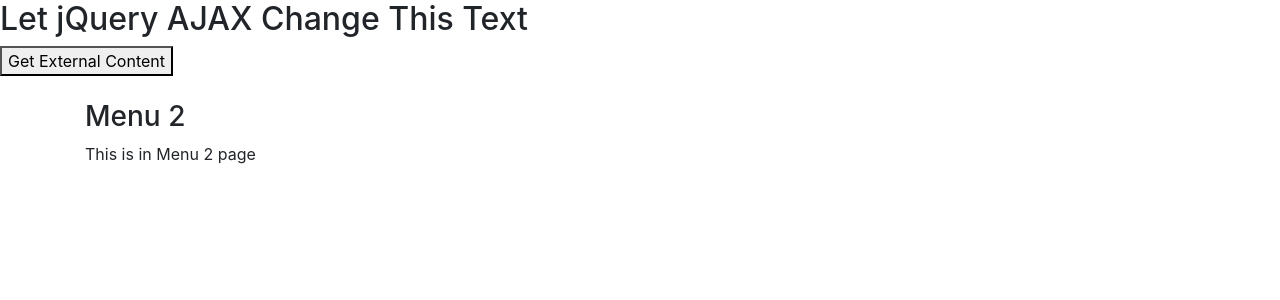
Repository: mindcafe/LiveDataDisplayFrontend
Page: LatestWorkspace/AlMark/WebContent/index2.html
An editor plug-in stored every save of this project. The page is shown before and after the next save, followed by the edit.
The browser window is 1280 px wide. The pictures show the whole page.

Above is the page before, as saved 2018-07-01 00:08:28.

### LatestWorkspace/AlMark/WebContent/index2.html
<!DOCTYPE html PUBLIC "-//W3C//DTD HTML 4.01 Transitional//EN" "http://www.w3.org/TR/html4/loose.dtd">
<html>
<head>
<meta http-equiv="Content-Type" content="text/html; charset=ISO-8859-1">
<title>ALMark</title>
<meta name="viewport" content="width=device-width, initial-scale=1">
  <link rel="stylesheet" href="libraries/bootstrap.min.css">
<!--   <script src="libraries/jquery-3.3.1.min.js"></script>
 -->
 <script src="https://ajax.googleapis.com/ajax/libs/jquery/3.3.1/jquery.min.js"></script>
   <script src="libraries/jquery-3.3.1.min.map"></script>
  <script src="libraries/bootstrap.bundle.min.js"></script>

  <script>
$(document).ready(function(){
    $("button").click(function(){
        $.ajax({url: 'xml/witsmlData_1sec.xml',
        	dataType: 'xml', success: function(result){
           	console.log('1');
        	$("#div1").html(result);

        }});
    });
});
</script>

 </head>
<body>

<div id="div1"><h2>Let jQuery AJAX Change This Text</h2></div>

<button>Get External Content</button>

     </div>

    <div id="menu2" class="container tab-pane "><br>
      <h3>Menu 2</h3>
      <p>This is in Menu 2 page</p>
    </div>
  </div>
</div>
</body>
</html>

Loaded but not shown: LatestWorkspace/AlMark/WebContent/libraries/bootstrap.min.css (library); LatestWorkspace/AlMark/WebContent/libraries/bootstrap.bundle.min.js (library)

After the next save:
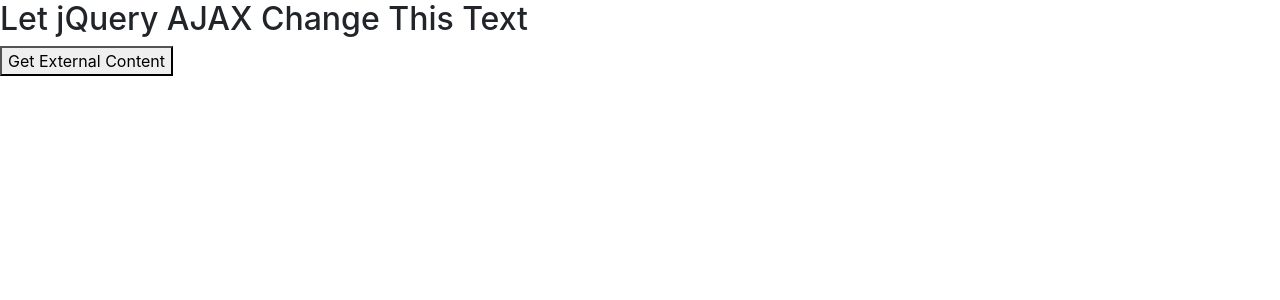
Saved 34 s later.
--- a/LatestWorkspace/AlMark/WebContent/index2.html
+++ b/LatestWorkspace/AlMark/WebContent/index2.html
@@ -31,13 +31,6 @@
 
 <button>Get External Content</button>
 
-     </div>
-
-    <div id="menu2" class="container tab-pane "><br>
-      <h3>Menu 2</h3>
-      <p>This is in Menu 2 page</p>
-    </div>
-  </div>
 </div>
 </body>
 </html>
